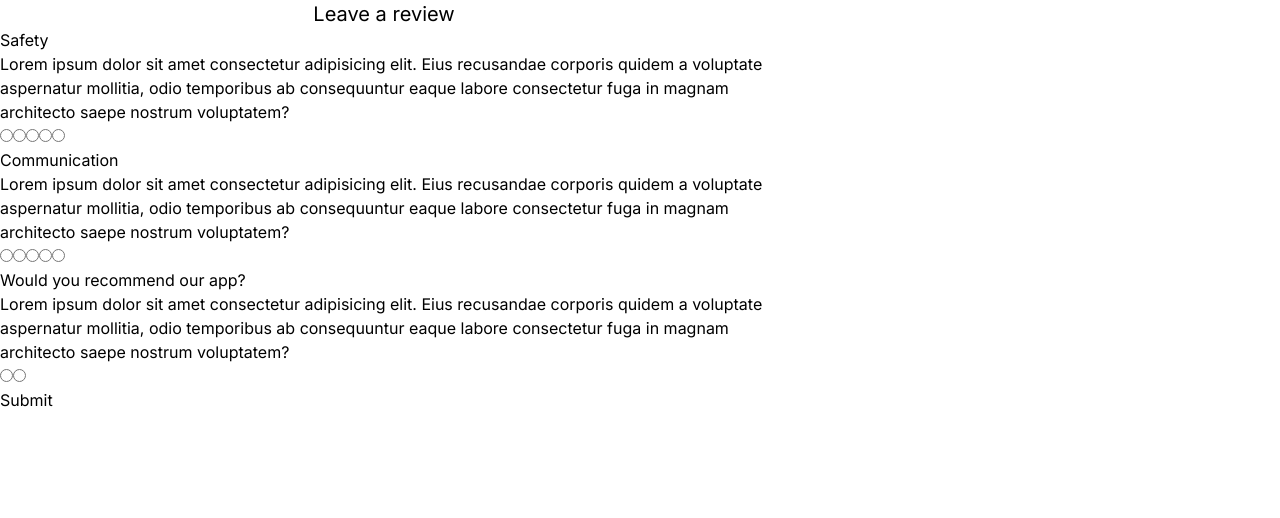
Repository: akankshaajoshi/review-form
Page: /review
These files come from the project's save history. The page is drawn as it stood at one moment and after the next save; the edit follows.
The browser window is 1280 px wide. The pictures show the whole page.
The project was rebuilt for these pictures with package versions that can differ from the ones it lists, and the page was loaded fresh each time. The framework's server and built-in components were replaced by stand-ins that run in the browser. Also part of the build but not shown: next.config.mjs.

Above is the page before, as saved 2024-05-25 12:28:09.

### app/(routes)/review/page.tsx
'use client'
import { useFormState, useFormStatus } from "react-dom";
import {createReview} from "@/app/actions"

const initialState = {
    message: null,
}

function SubmitButton(){
    const {pending} = useFormStatus();
    return (
        <button type="submit" aria-disabled={pending}>
            Submit
        </button>
    )
}

export default function Review(){
    const ratings = [1, 2, 3, 4, 5];
    const [state, formAction] = useFormState(createReview, initialState);
    return (
        <div className=" w-[100vw] h-[100vh]">
            <div className="flex flex-col gap-x-4 items-center h-[80vh] w-[60vw]">
            <h2 className="text-xl text-bold">Leave a review</h2>
            {state?.message}
            <form action={formAction}>
                <fieldset>
                    <label htmlFor="safety">Safety</label>
                    <p>Lorem ipsum dolor sit amet consectetur adipisicing elit. Eius recusandae corporis quidem a voluptate aspernatur mollitia, odio temporibus ab consequuntur eaque labore consectetur fuga in magnam architecto saepe nostrum voluptatem?</p>
                    {ratings.map((item, index) =>{
                        return (
                            <input key={index} type="radio" name="safety" id={item.toString()} value={item}/>
                        )
                    })}
                </fieldset>
                <fieldset>
                    <label htmlFor="communication">Communication</label>
                    <p>Lorem ipsum dolor sit amet consectetur adipisicing elit. Eius recusandae corporis quidem a voluptate aspernatur mollitia, odio temporibus ab consequuntur eaque labore consectetur fuga in magnam architecto saepe nostrum voluptatem?</p>
                    {ratings.map((item, index) =>{
                        return (
                            <input key={index} type="radio" name="communication" id={item.toString()} value={item}/>
                        )
                    })}
                </fieldset>
                <fieldset>
                    <label htmlFor="recommend">Would you recommend our app? </label>
                    <p>Lorem ipsum dolor sit amet consectetur adipisicing elit. Eius recusandae corporis quidem a voluptate aspernatur mollitia, odio temporibus ab consequuntur eaque labore consectetur fuga in magnam architecto saepe nostrum voluptatem?</p>
                    <input type="radio" name="recommend" id="true" value="true" />
                    <input type="radio" name="recommend" id="false" value="false"/>
                </fieldset>
                <SubmitButton/>
            </form>
            </div>
        </div>
    )
}

### app/actions.tsx
'use server'

import {revalidatePath} from "next/cache";
import {sql} from "@vercel/postgres"
import {z} from 'zod'
// CREATE TABLE reviews (
//     id SERIAL PRIMARY KEY,
//      safety INTEGER NOT NULL,
//     communication INTEGER NOT NULL,
//      recommend VARCHAR(5) NOT NULL );
export async function createReview(prevState: {message: string}, formData: FormData){

    const schema = z.object({
        safety: z.number(),
        communication: z.number(),
        recommend: z.string(),
    })
    const parse = schema.safeParse({
        safety: Number(formData.get('safety')),
        communication: Number(formData.get('communication')),
        recommend: formData.get('recommend'),
    })

    if (!parse.success) {
        console.log("incorrect parse")
        return { message: "Failed to create todo" };
      }

    const data = parse.data

    try{
        await sql`
        INSERT INTO reviews(safety, communication, recommend) VALUES (${data.safety}, ${data.communication}, ${data.recommend})
        `
        // revalidatePath('/reviews/' )
        return {message: `Added review successfully.`}
    }catch(err){
        console.log(err)
        return {message: `Failed to add review.`}
    }
}

Loaded but not shown: app/layout.tsx (common file); app/globals.css (common file); tailwind.config.ts (common file)

After the next save:
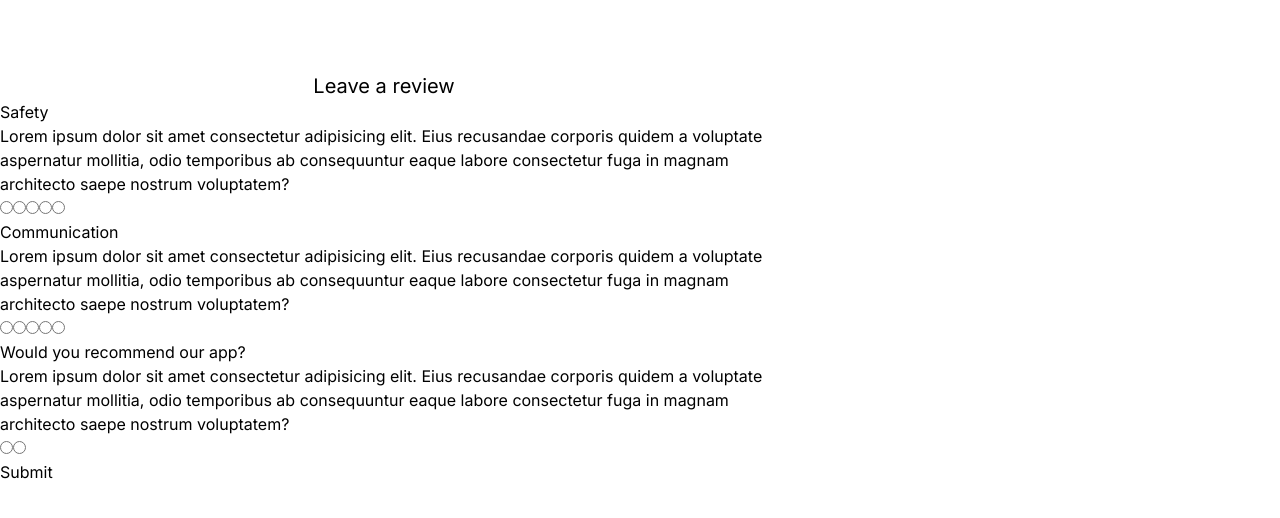
Saved 11 s later.
--- a/app/(routes)/review/page.tsx
+++ b/app/(routes)/review/page.tsx
@@ -19,7 +19,7 @@ export default function Review(){
     const ratings = [1, 2, 3, 4, 5];
     const [state, formAction] = useFormState(createReview, initialState);
     return (
-        <div className=" w-[100vw] h-[100vh]">
+        <div className="flex items-center w-[100vw] h-[100vh]">
             <div className="flex flex-col gap-x-4 items-center h-[80vh] w-[60vw]">
             <h2 className="text-xl text-bold">Leave a review</h2>
             {state?.message}
